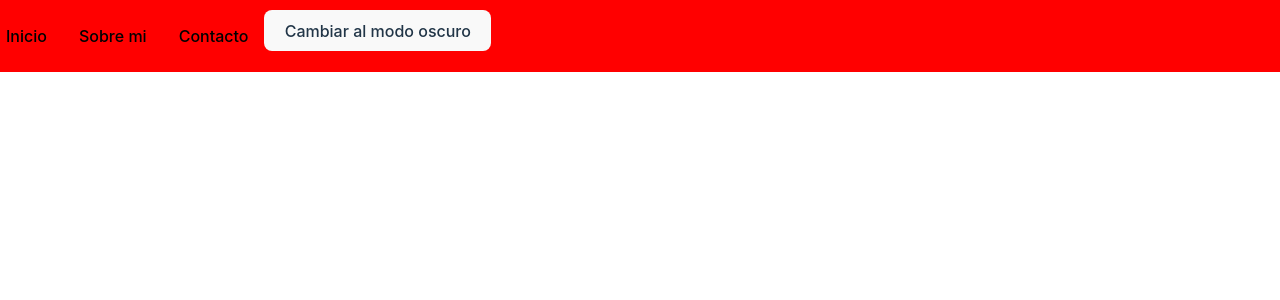
Repository: izhanlaraagarcia/izhanlaraagarcia.github.io
Page: / (app in vite-project/)
These files come from the project's save history. The page is drawn as it stood at one moment and after the next save; the edit follows.
The browser window is 1280 px wide. The pictures show the whole page.
The project was rebuilt for these pictures with package versions that can differ from the ones it lists, and the page was loaded fresh each time. Also part of the build but not shown: vite-project/vite.config.js, vite-project/src/Home/Styles/estilos.css, vite-project/src/pages/About/about.jsx, vite-project/src/pages/Contact/contact.jsx.

Above is the page before, as saved 2024-07-10 13:21:53.

After the next save:
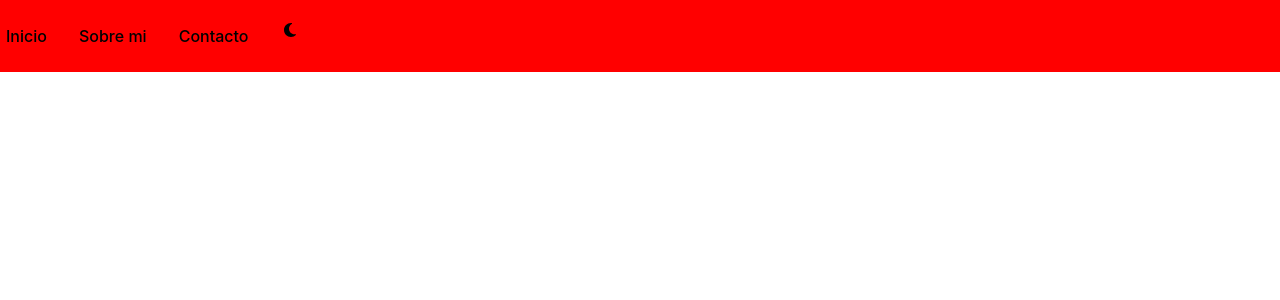
Saved 55 s later.
--- a/vite-project/src/Componentes-Generales/thema.jsx
+++ b/vite-project/src/Componentes-Generales/thema.jsx
@@ -1,4 +1,6 @@
 import React, { useState } from 'react';
+import { FontAwesomeIcon } from '@fortawesome/react-fontawesome';
+import { faSun, faMoon } from '@fortawesome/free-solid-svg-icons';
 
 const TemaComponent = () => {
   const [dark, setDark] = useState(false);
@@ -8,7 +10,7 @@ const TemaComponent = () => {
       document.body.style.backgroundColor = "white";
       setDark(false);
     } else {
-      document.body.style.backgroundColor = "black";
+      document.body.style.backgroundColor = "darkgrey";
       setDark(true);
     }
   };
@@ -16,10 +18,10 @@ const TemaComponent = () => {
   return (
     <button
       id="tema"
-      style={{ cursor: 'pointer', color: dark ? 'black' : 'inherit' }}
+      style={{ cursor: 'pointer', background: 'none', border: 'none', outline: 'none' }}
       onClick={handleClick}
     >
-      {dark ? URL('../assets/luna.png') : 'Cambiar al modo oscuro'}
+      <FontAwesomeIcon icon={dark ? faSun : faMoon} style={{ color: dark ? 'black' : 'inherit' }} />
     </button>
   );
 };
